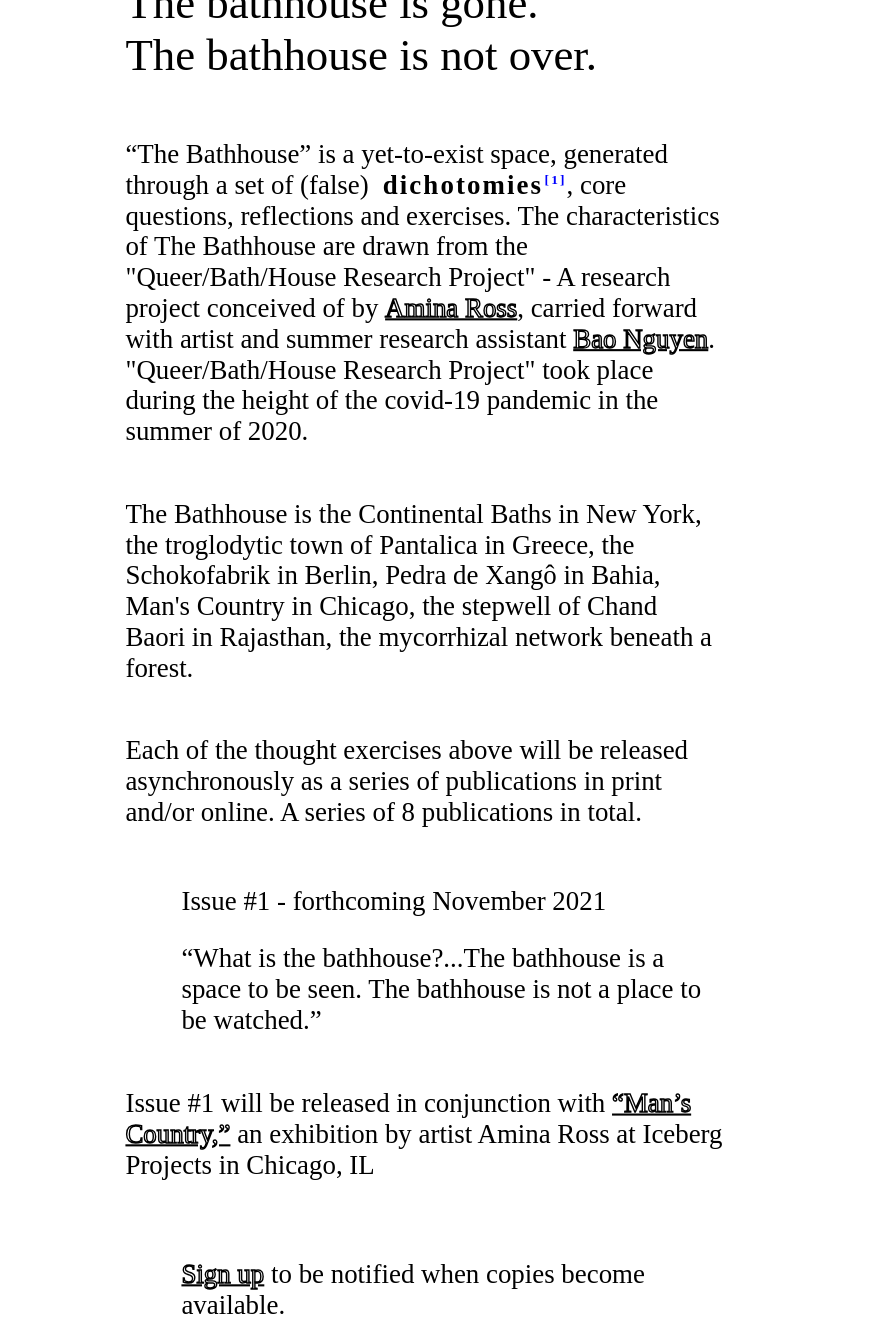
Repository: ayoungblood2/bathhouse.online
Page: index.html
These files come from the project's save history. The page is drawn as it stood at one moment and after the next save; the edit follows.
The browser window is 1280 px wide. The pictures show the part of the page from y = 2434 to 4354 px (the page is 5415 px tall before and 5371 px after), at 70% of full size.
An inner scrolling area shows only its first screen. Backgrounds fixed to the window are drawn as part of the page. Some web fonts or font styles are not loaded; a fallback is used.

Above is the page before, as saved 2021-10-16 18:02:04.
Not found: js/layout_main.js
Not found: js/three_main.js
Not found: style.css

After the next save:
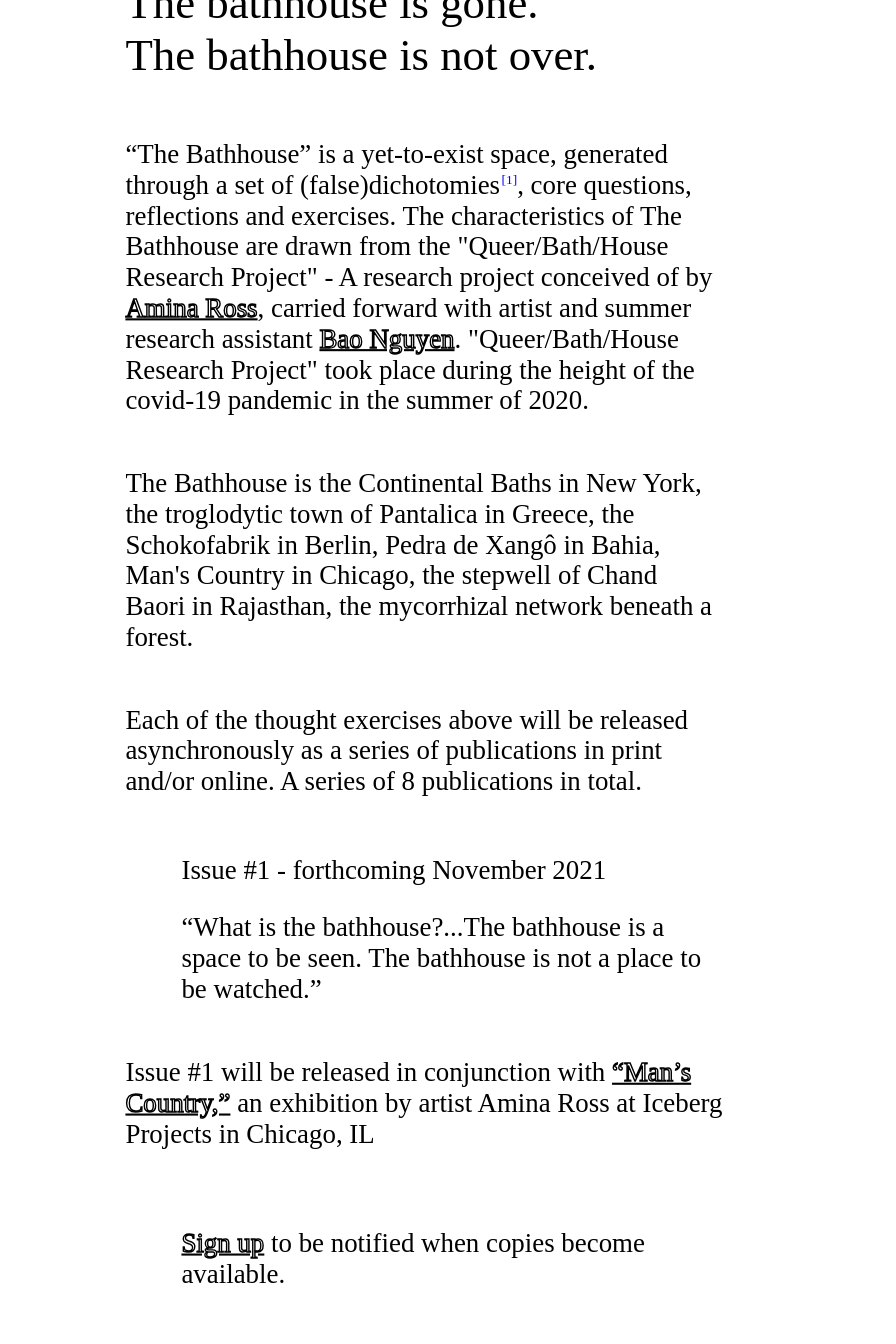
Saved 10 s later.
--- a/index.html
+++ b/index.html
@@ -291,8 +291,7 @@
                     <br>
 
                     <p>
-                        “The Bathhouse” is a yet-to-exist space, generated through a set of (false)<span
-                            style="letter-spacing: 3px;"><a href="#footnotes" aria-describedby="footnote-label"
+                        “The Bathhouse” is a yet-to-exist space, generated through a set of (false)<a href="#footnotes" aria-describedby="footnote-label"
                                 id="footnotes-ref">dichotomies</a></span>,
                         core questions, reflections and exercises. The characteristics of The Bathhouse are drawn from
                         the
